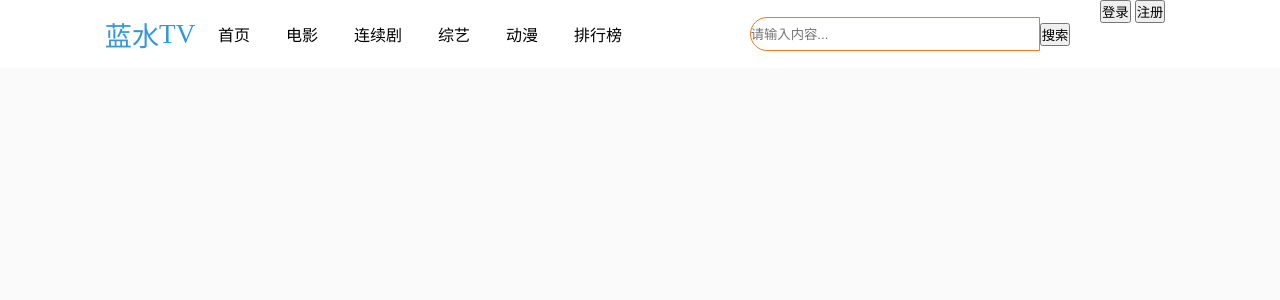
Repository: 842992406/blueWaterTV
Page: index.html
These files come from the project's save history. The page is drawn as it stood at one moment and after a run of saves; the edit follows.
The browser window is 1280 px wide. The pictures show the whole page.

Above is the page before, as saved 2022-05-05 15:47:23.

### index.html
<!DOCTYPE html>
<html lang="en">

<head>
  <meta charset="UTF-8">
  <meta http-equiv="X-UA-Compatible" content="IE=edge">
  <meta name="viewport" content="width=device-width, initial-scale=1.0">
  <title>蓝水TV</title>
  <link rel="stylesheet" href="./css/index.css">
</head>

<body>
  <!-- 头界面 -->
  <header>
    <!-- logo -->
    <div class="logo">
      <ul>
        <li>蓝</li>
        <li>水</li>
        <li>TV</li>
      </ul>
    </div>
    <!-- 导航栏 -->
    <div class="changeBox">
      <ul>
        <li>首页</li>
        <li>电影</li>
        <li>连续剧</li>
        <li>综艺</li>
        <li>动漫</li>
        <li>排行榜</li>
      </ul>
    </div>
    <div class="search">
      <input type="text" name="" id="input" placeholder="请输入内容...">
      <button type="submit">搜索</button>
    </div>
    <!-- 登录注册按钮 -->
    <div class="userLogin">
      <button type="submit">登录</button>
      <button type="submit">注册</button>
    </div>
  </header>
  <!-- 主界面 -->
  <main></main>
  <!-- 脚页面 -->
  <footer></footer>
</body>

</html>

### css/index.css
*{
  padding: 0;
  margin: 0;
  box-sizing: border-box;
}

body{
  width: 100vw;
  height: 100vh;
  background-color: rgb(250, 250, 250);
}

/* 所有的 li 的前面的点都去掉 */
li{
  list-style: none;
}

header{
  width: 100vw;
  height: 68px;
  background-color: rgb(255, 255, 255);
  display: flex;
  padding:0 80px;
}

.logo>ul{
  width: 100px;
  height: 100%;
  display: flex;
  font-size: 1.7em;
  justify-content: center;
  align-items: center;
  margin-left: 20px;
  color: #3498db;
  /* 鼠标变为小手 */
  cursor: pointer;
}

.logo>ul li {
  transition: 1s;
}
/* logo的第一个单词 */
.logo>ul>li:nth-of-type(1):hover{
  transform: rotate(360deg);
  color: aqua;
}
/* logo的第二个单词 */
.logo>ul>li:nth-of-type(2):hover{
  transform: scale(1.2);
  color: #f1c40f;
}
/* logo的第三个单词 */
.logo>ul>li:nth-of-type(3):hover{
  transform: rotate(360deg);
  color: #60a3bc;
}

/* 导航栏 */
.changeBox{
  width: 440px;
  height: 100%;
  display: flex;
}

.changeBox>ul{
  display: flex;
  justify-content: center;
  align-items: center;
}

.changeBox>ul li{
  margin: 0 18px;
  cursor: pointer;
}

.changeBox>ul li:hover{
  color: #e67e22;
  border-bottom: 2px solid #e67e22;
}

.search{
  width: 380px;
  height: 100%;
  margin-left: 80px;
  display: flex;
  justify-content: center;
  align-items: center;
}

.search #input{
  width: 290px;
  height: 50%;
  border-radius: 25px 0 0 25px;
    /* 去掉焦点之后的边框 */
  outline: none;
  border: 1px solid #e67e22;
}

After the next 2 saves:
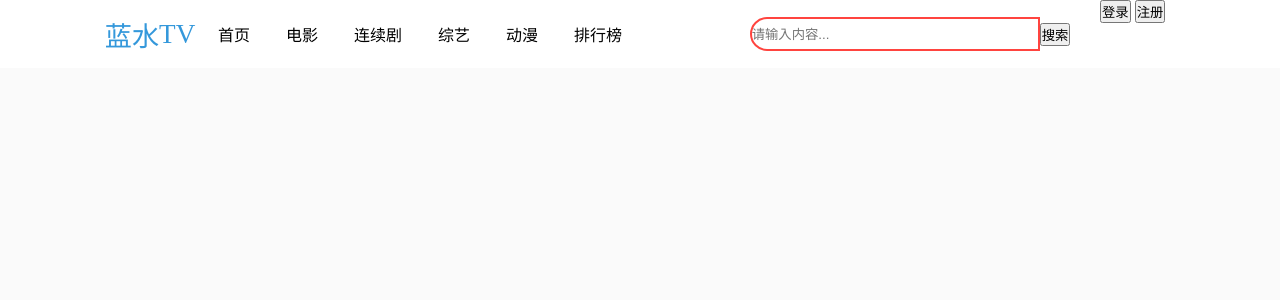
The 2 saves are shown as one change because they came seconds apart.
The last was saved 22 s later.
--- a/css/index.css
+++ b/css/index.css
@@ -93,5 +93,5 @@ header{
   border-radius: 25px 0 0 25px;
     /* 去掉焦点之后的边框 */
   outline: none;
-  border: 1px solid #e67e22;
+  border: 2px solid rgb(255, 68, 63);
 }
